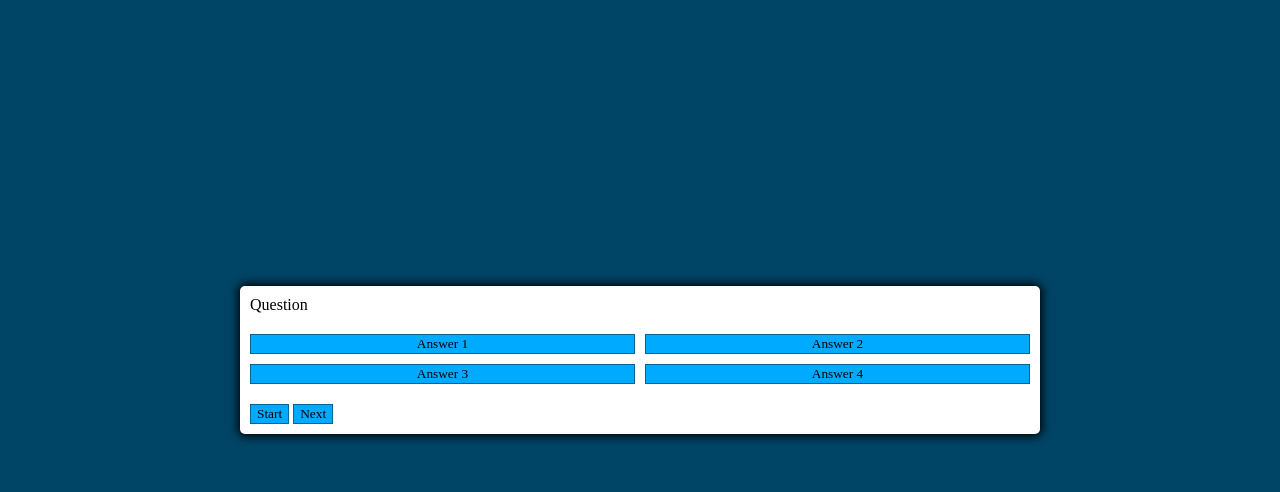
Repository: DaNiels89/quiz-js
Page: index.html
These files come from the project's save history. The page is drawn as it stood at one moment and after the next save; the edit follows.
The browser window is 1280 px wide. The pictures show the whole page.

Above is the page before, as saved 2020-06-22 09:49:32.

### index.html
<!DOCTYPE html>
<html lang="en">

<head>
    <meta charset="UTF-8">
    <meta name="viewport" content="width=device-width, initial-scale=1.0">
    <link rel="stylesheet" href="css/styles.css">
    <script defer scr="script.js"></script>
    <title>Quiz</title>
</head>

<body>
    <div class="container">
        <div id="question-container" class="hide">
            <div class="question">Question</div>
            <div id="answer-buttons" class="btn-grid">
                <button class="btn">Answer 1</button>
                <button class="btn">Answer 2</button>
                <button class="btn">Answer 3</button>
                <button class="btn">Answer 4</button>
            </div>
        </div>
        <div class="controls">
            <button id="start-btn" class="start-btn btn">Start</button>
            <button id="next-btn" class="next-btn btn">Next</button>
        </div>
    </div>
</body>

</html>

### css/styles.css
*, *::before, *::after {
    box-sizing: border-box;
    font-family: Gotham Rounded;
}

:root {
    --hue-neutral: 200;
    --hue-wrong: 0;
    --hue-correct: 145;
}

body {
    --hue: var(--hue-neutral);
    padding: 0;
    margin: 0;
    display: flex;
    width: 100vw;
    height: 100vh;
    justify-content: center;
    align-items: center;
    background-color: hsl(var(--hue), 100%, 20%);
}

body.correct {
    --hue: var(--hue-correct);
}

body.wrong {
    --hue: var(--hue-wrong);
}

.container {
    width: 800px;
    max-width: 80%;
    background-color: white;
    border-radius: 5px;
    padding: 10px;
    box-shadow: 0 0 10px 2px;
}

.btn-grid {
    display: grid;
    grid-template-columns: repeat(2, auto);
    gap: 10px;
    margin: 20px 0;
}

.btn {
    --hue: var(--hue-neutral);
    border: 1px solid hsl(var(--hue), 100%, 30%);
    background-color: hsl(var(--hue), 100%, 50%);
}

After the next save:
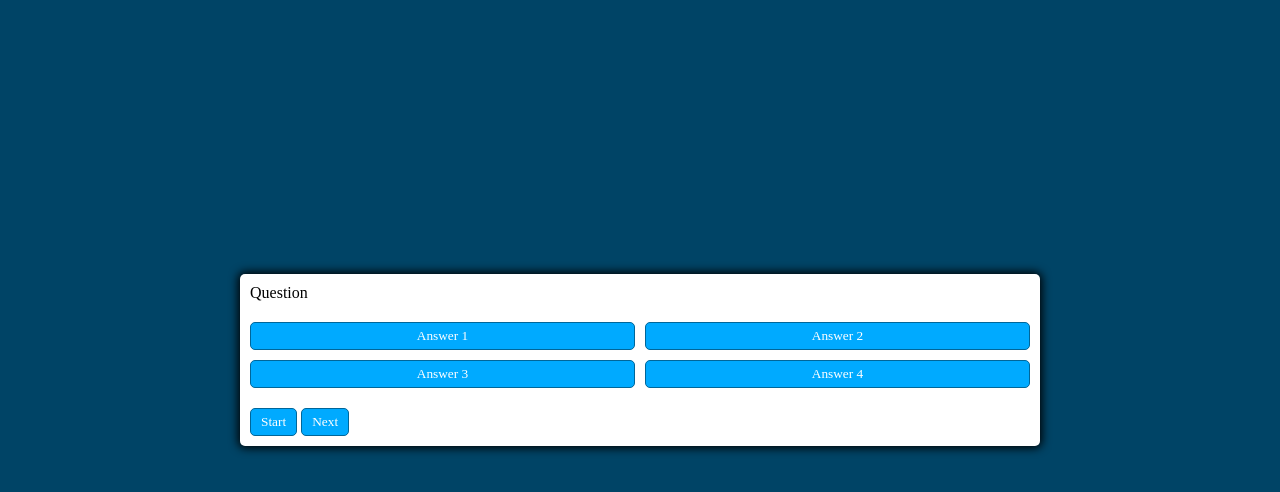
Saved 26 s later.
--- a/css/styles.css
+++ b/css/styles.css
@@ -49,4 +49,8 @@ body.wrong {
     --hue: var(--hue-neutral);
     border: 1px solid hsl(var(--hue), 100%, 30%);
     background-color: hsl(var(--hue), 100%, 50%);
+    border-radius: 5px;
+    padding: 5px 10px;
+    color: white;
+    outline: none;
 }
